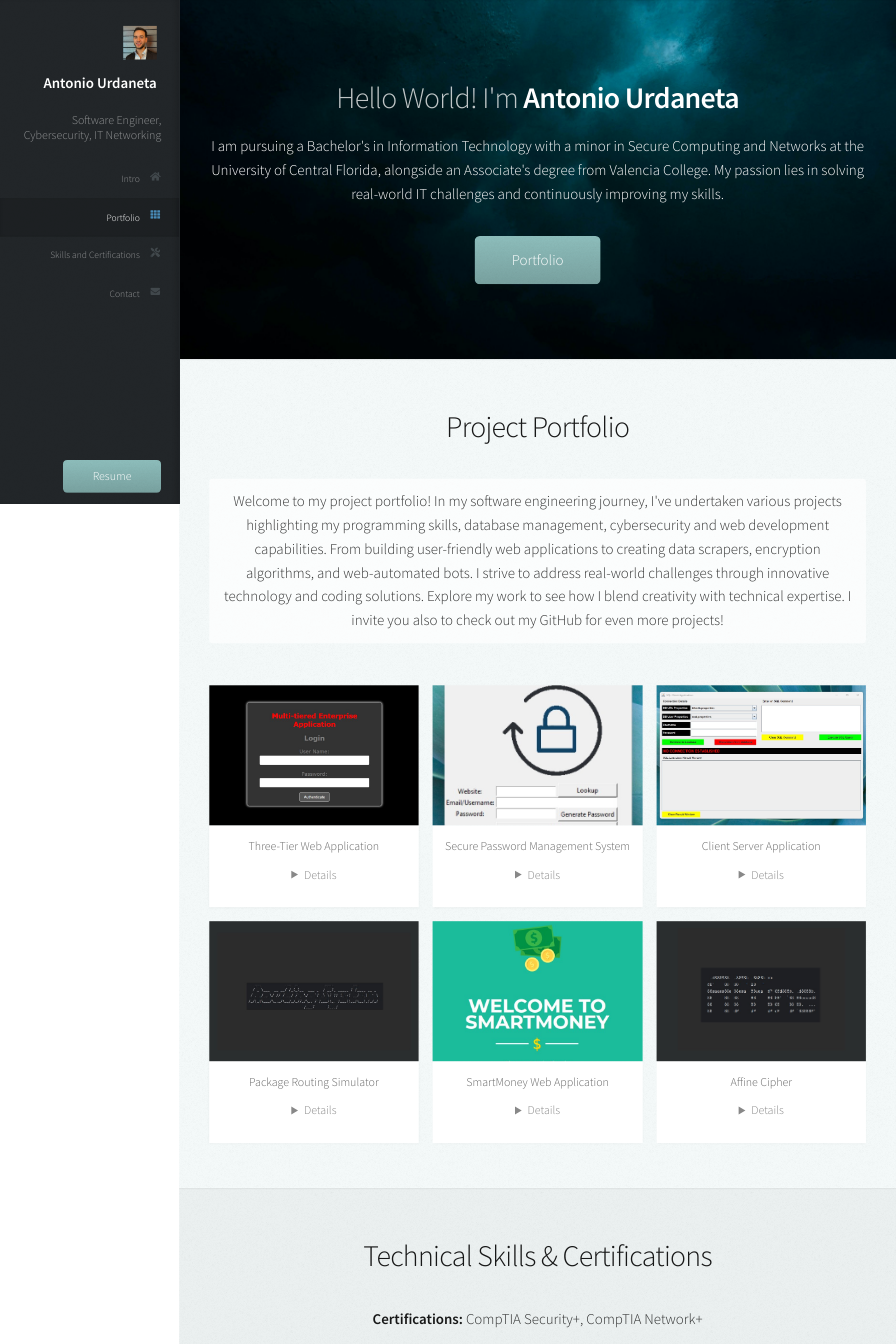
Repository: aaurdanet/Portfolio
Page: index.html
An editor plug-in stored every save of this project. The page is shown before and after the next save, followed by the edit.
The browser window is 1280 px wide. The pictures show the part of the page from y = 0 to 1920 px (the page is 2630 px tall), at 70% of full size.

Above is the page before, as saved 2024-10-27 14:37:31.

After the next save:
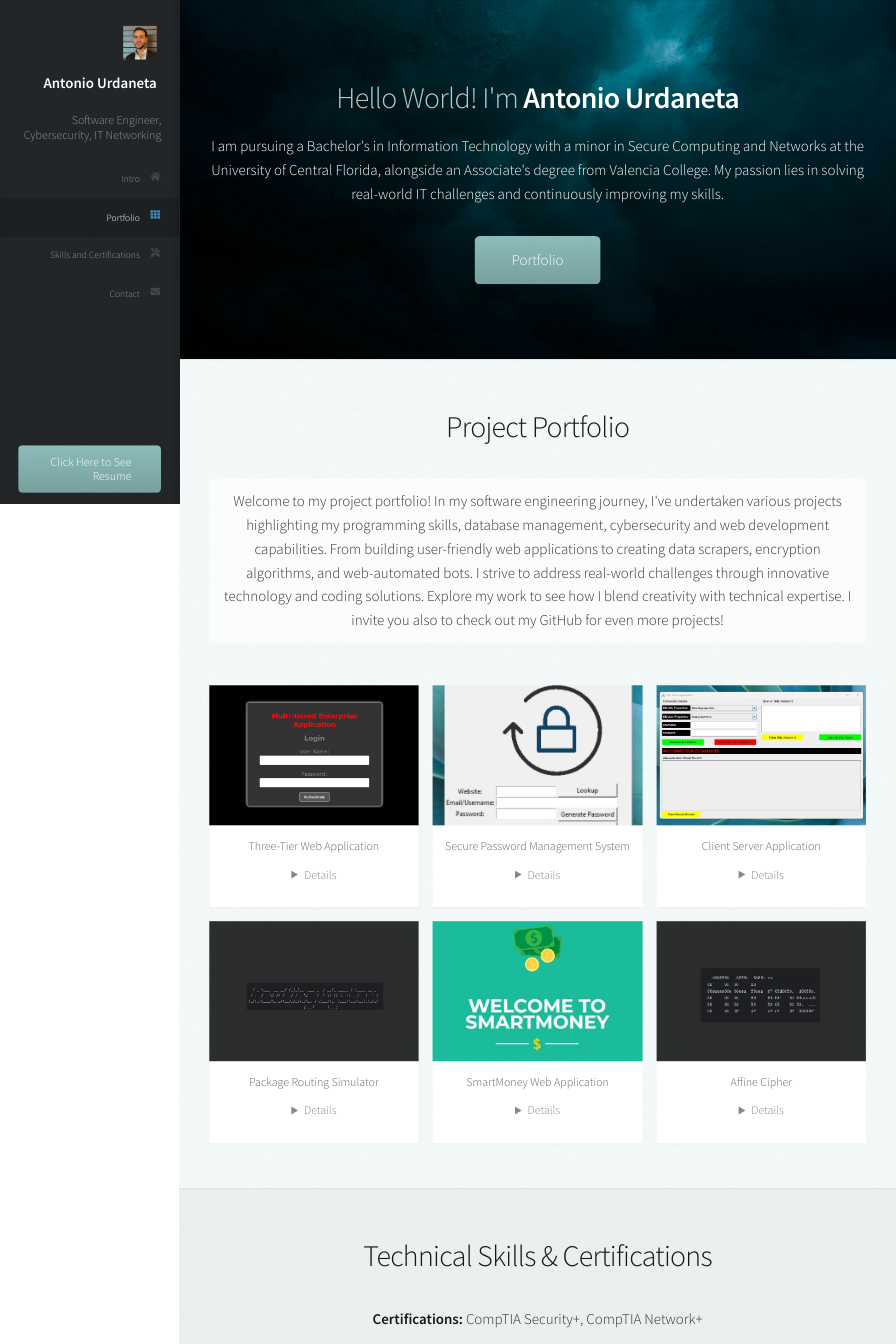
Saved 15 s later.
--- a/index.html
+++ b/index.html
@@ -39,7 +39,7 @@
 					<!-- Social Icons -->
 					<p>
 						<a href="resume_index.html" class="icon" style="color: inherit;">
-							<a href="resume_index.html" class="button scrolly">Resume</a>
+							<a href="resume_index.html" class="button scrolly">Click Here to See Resume</a>
 						</a>
 					</p>
 				</div>
